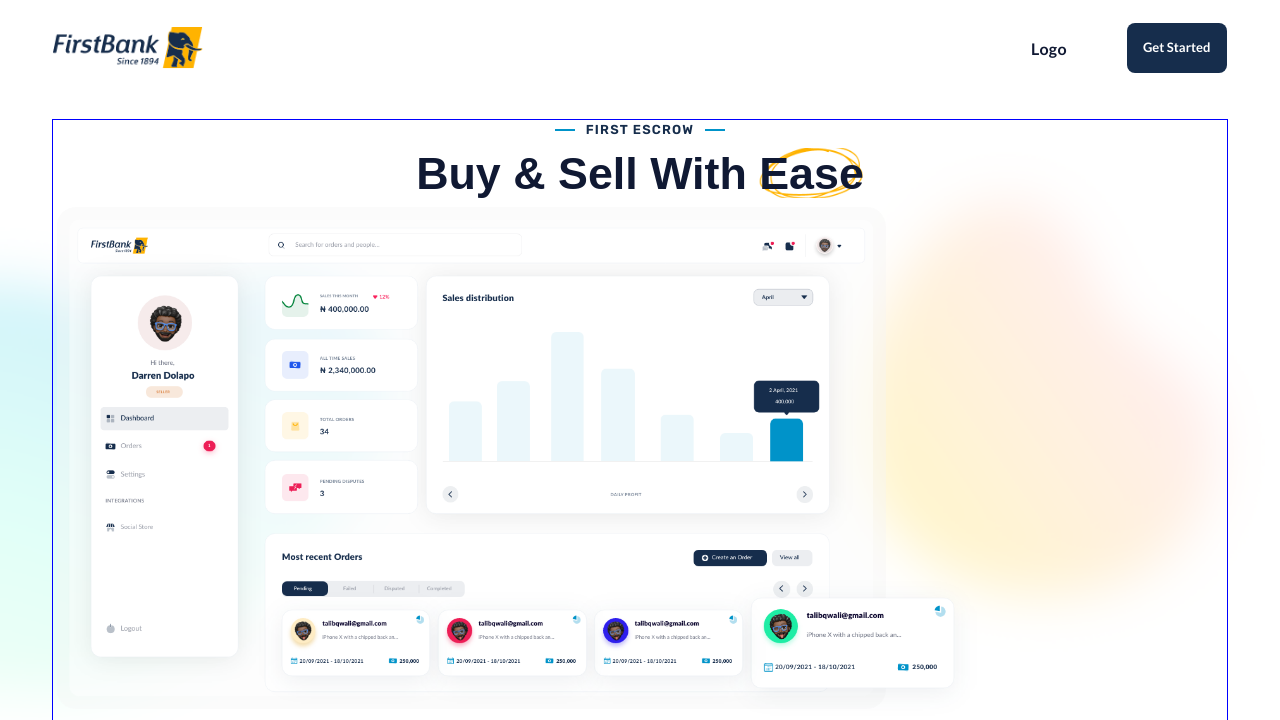
Repository: Pepperest-dev/First_Escrow_Home
Page: index.html
An editor plug-in stored every save of this project. The page is shown before and after the next save, followed by the edit.
The browser window is 1280 px wide. The pictures show the whole page.

Above is the page before, as saved 2021-09-25 21:04:30.

After the next save:
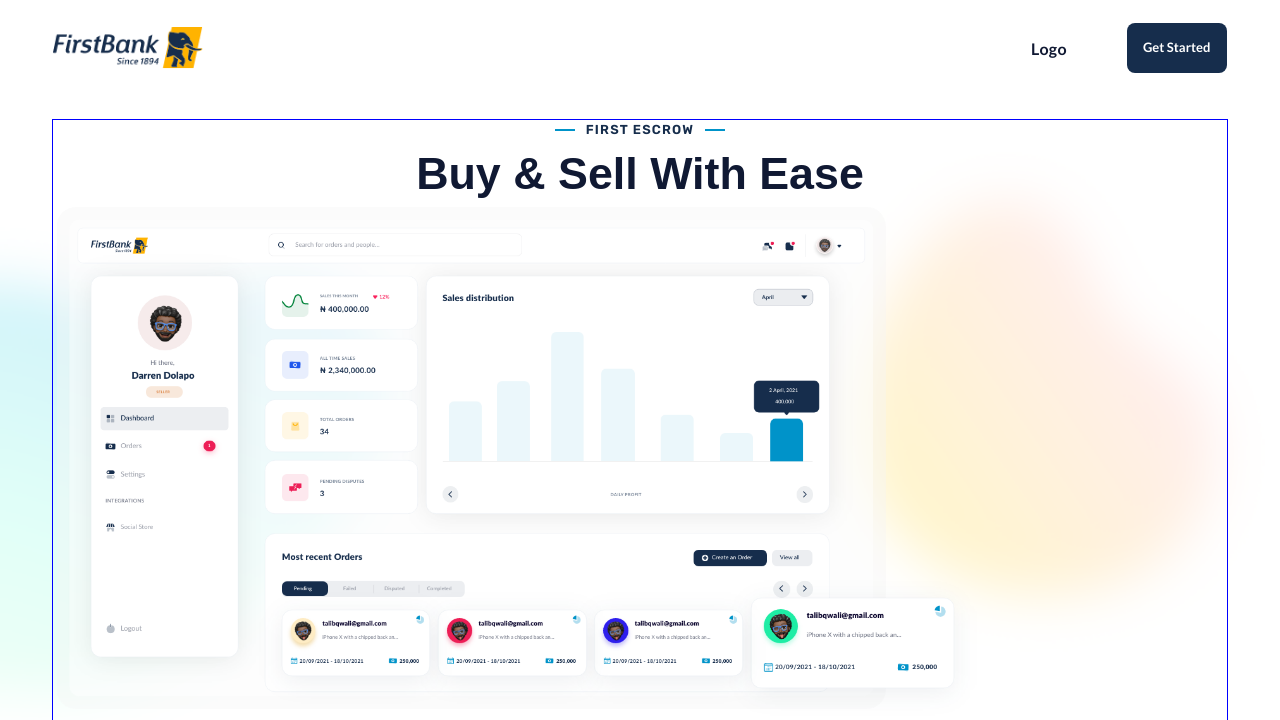
Not found: assets/icons/bigEaseCircle.png
Saved 39 s later.
--- a/Styles/styles.css
+++ b/Styles/styles.css
@@ -119,7 +119,7 @@
 }
 
 .easeElipses {
-  background-image: url(../assets/icons/EaseCircle.png);
+  background-image: url(../assets/icons/bigEaseCircle.png);
   background-repeat: no-repeat;
   background-position: center;
   background-size: cover;

After the save that followed:
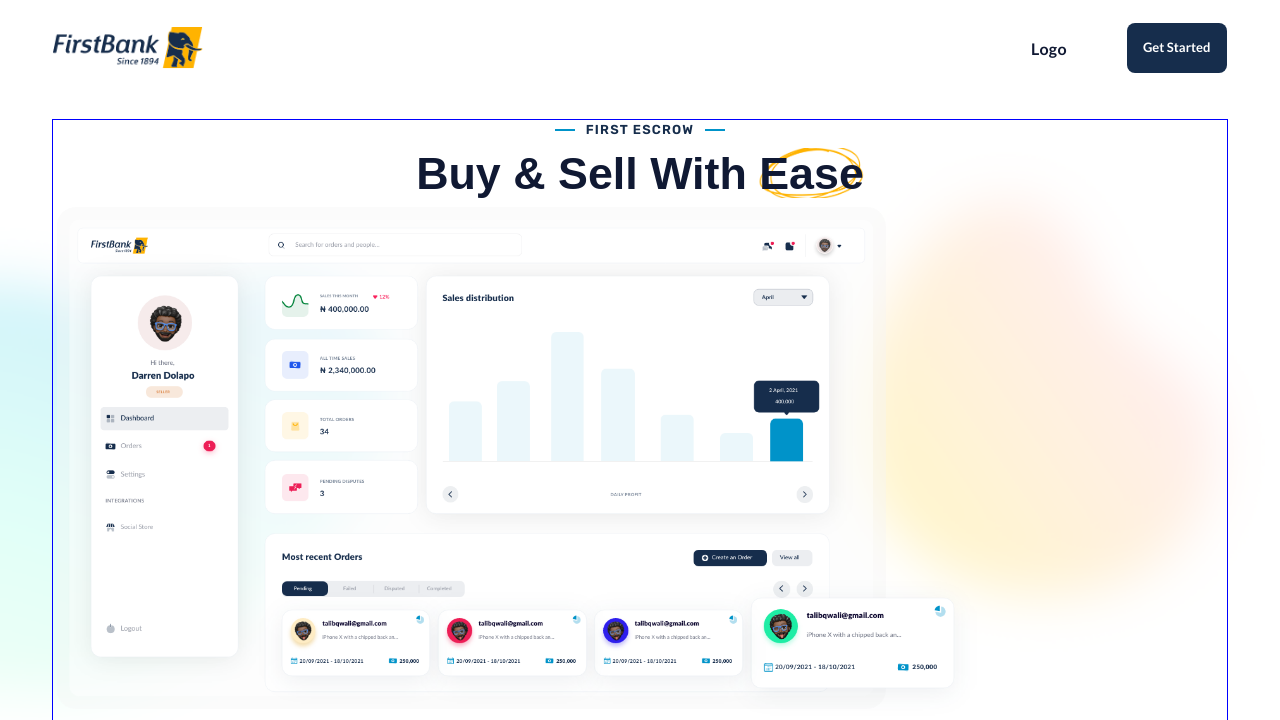
Saved 11 s later.
--- a/Styles/styles.css
+++ b/Styles/styles.css
@@ -119,7 +119,7 @@
 }
 
 .easeElipses {
-  background-image: url(../assets/icons/bigEaseCircle.png);
+  background-image: url(../assets/icons/bigEaseElipses.png);
   background-repeat: no-repeat;
   background-position: center;
   background-size: cover;
